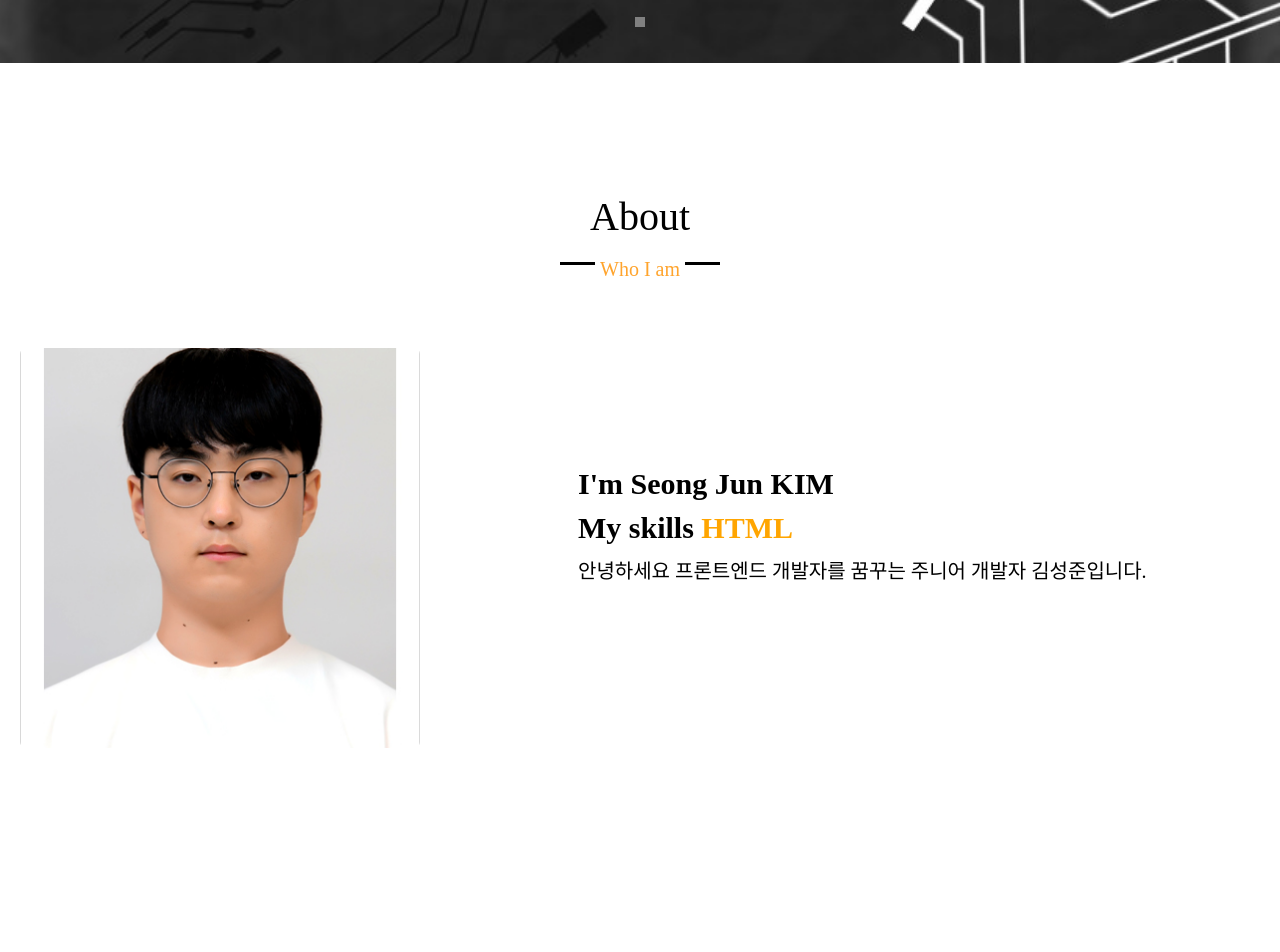
Repository: jun01270/jun
Page: index.html
These files come from the project's save history. The page is drawn as it stood at one moment and after a run of saves; the edit follows.
The browser window is 1280 px wide. The pictures show the part of the page from y = 731 to 1683 px (the page is 3322 px tall).
A picture or video elsewhere on the page could not be fetched, so the positions and the page height are approximate. Some web libraries are served in a nearby version.

Above is the page before, as saved 2023-05-10 16:05:30.

After the next 4 saves:
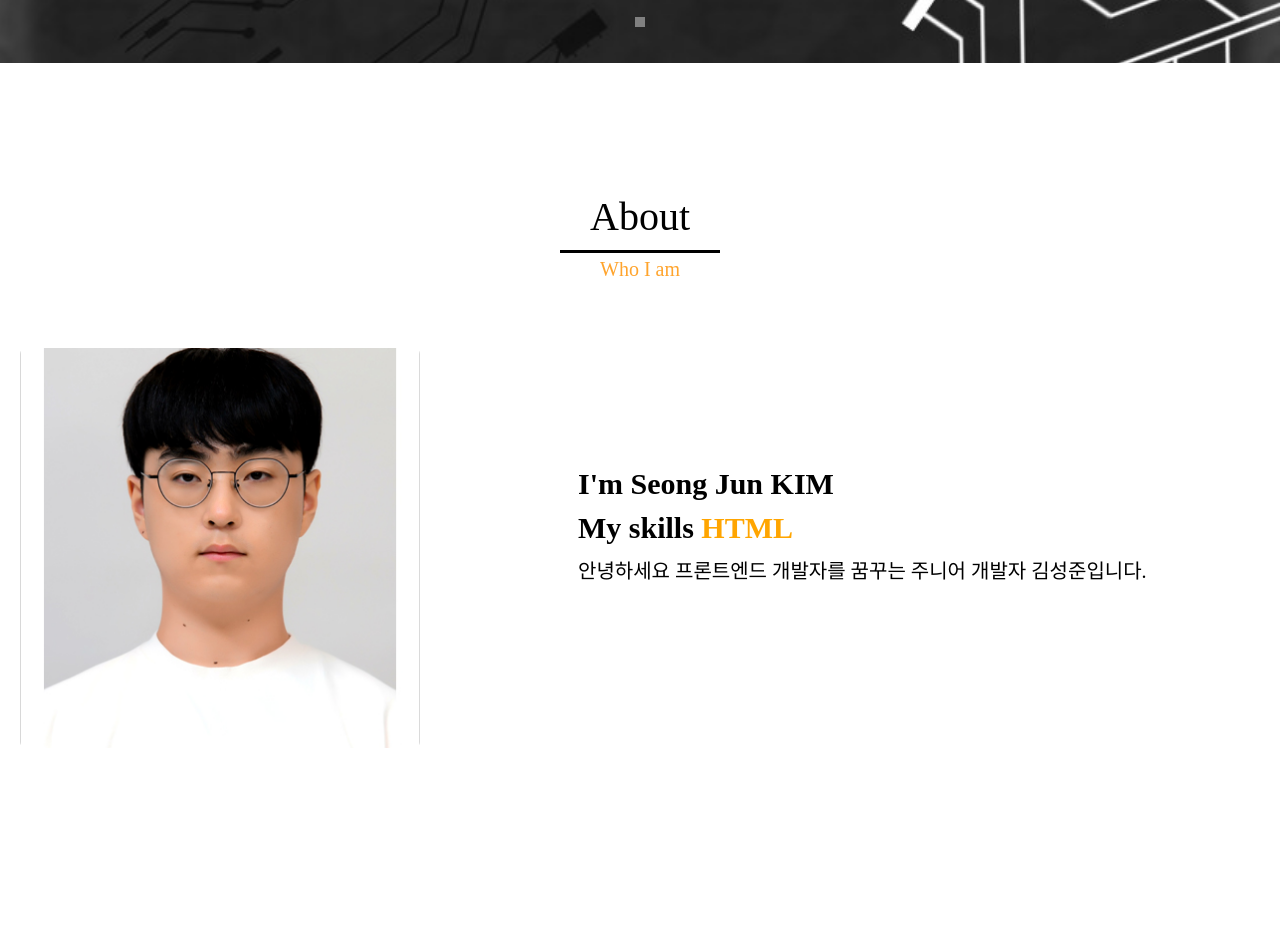
The 4 saves are shown as one change because they came seconds apart.
The last was saved 13 s later.
--- a/css/style.css
+++ b/css/style.css
@@ -48,7 +48,7 @@ html {
   content: "";
   position: absolute;
   left: 50%;
-  bottom: -17px;
+  bottom: -5px;
   width: 160px;
   height: 3px;
   background-color: black;
